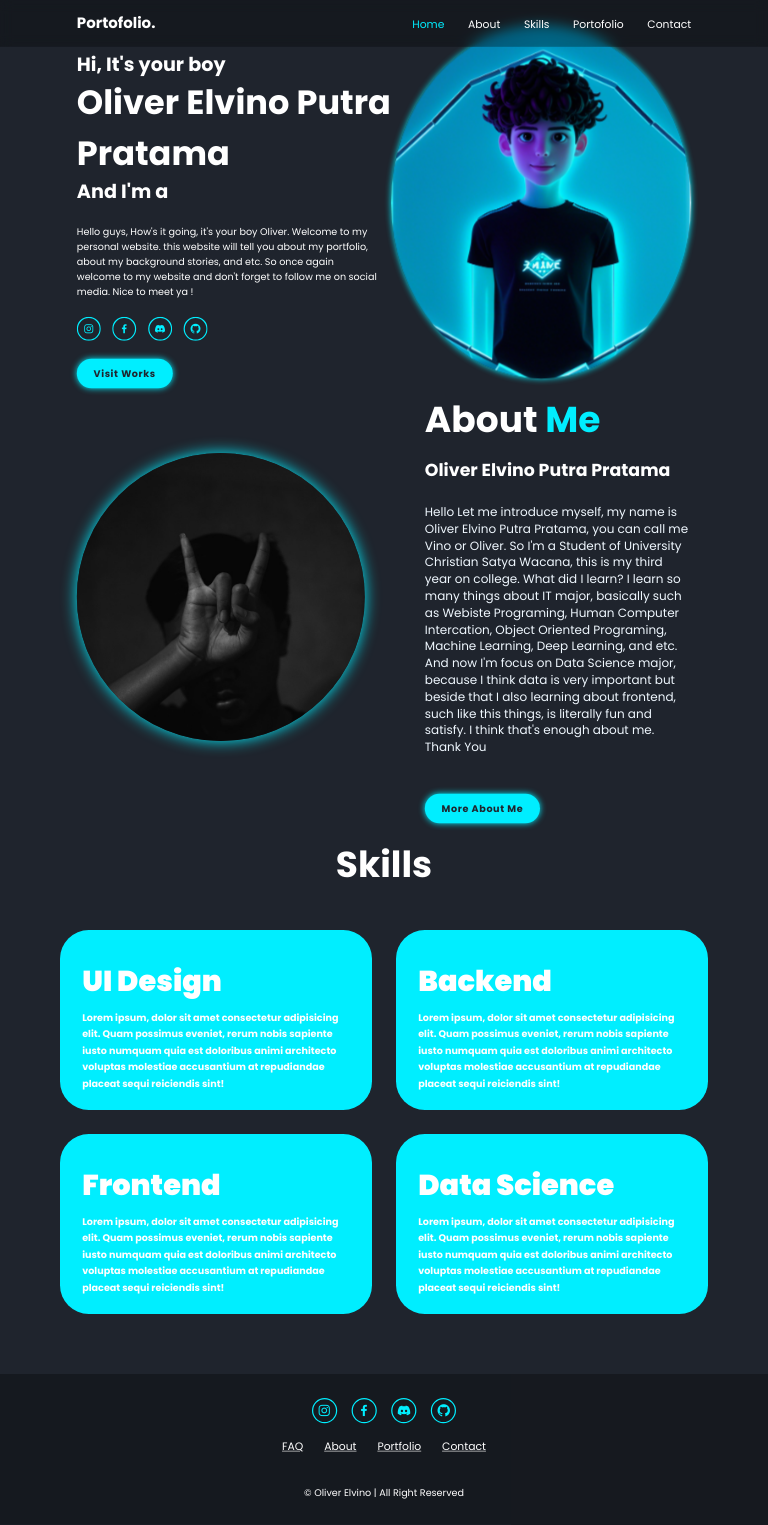
Repository: Olovrelvino/personalWebsite-HtmlCssJs-project
Page: main.html
These files come from the project's save history. The page is drawn as it stood at one moment and after a run of saves; the edit follows.
The browser window is 1280 px wide. The pictures show the whole page, at 60% of full size.
Some web libraries are served in a nearby version.

Above is the page before, as saved 2024-09-21 02:41:30.
Console error: SyntaxError: Unexpected token ')'

### main.html
<!DOCTYPE html>
<html lang="en">
<head>
    <meta charset="UTF-8">
    <meta name="viewport" content="width=device-width, initial-scale=1.0">
    <title>Aegon's Portofolio</title>
    <link href='https://unpkg.com/boxicons@2.1.4/css/boxicons.min.css' rel='stylesheet'>
    <link rel="stylesheet" href="style.css">
</head>

<body>

    <!-- NAVBAR SECTION -->
    <header class="header">
        <a href="#" class="logo">Portofolio.</a>

        <nav class="navbar">
            <a href="#" style="--i:1;" class="active">Home</a>
            <a href="#" style="--i:2;">About</a>
            <a href="#" style="--i:3;">Skills</a>
            <a href="#" style="--i:4;">Portofolio</a>
            <a href="#" style="--i:5;">Contact</a>
        </nav>
    </header>

    <!-- HOME SECTION -->
    <section class="home" id="home">
        <div class="home-content">
            <h3>Hi, It's your boy</h3>
            <h1>Oliver Elvino Putra Pratama</h1>
            <h3>And I'm a <span class="multiple-text"></span></h3>
            <p>Hello guys, How's it going, it's your boy Oliver. Welcome to my personal website.
                this website will tell you about my portfolio, about my background stories, and etc.
                So once again welcome to my website and don't forget to follow me on social media. Nice to meet ya !
            </p>
            <div class="soscial-media">
                <a href="#" style="--i:7;"><i class='bx bxl-instagram'></i></a>
                <a href="#" style="--i:8;"><i class='bx bxl-facebook' ></i></a>
                <a href="#" style="--i:9;"><i class='bx bxl-discord-alt' ></i></a>
                <a href="#" style="--i:10;"><i class='bx bxl-github'></i></a>
            </div>
            <a href="#" class="btn">Visit Works</a>
        </div>

        <div class="home-img">
            <img src="imagePW.png" alt="">
        </div>
    </section>

    <!-- ABOUT SECTION -->
     <section class="about" id="about">
        <div class="about-img">
            <img src="vino2.jpg">
        </div>
        <div class="about-text">
            <h2>About <span>Me</span></h2>
            <h4>Oliver Elvino Putra Pratama</h4>
            <P>Hello Let me introduce myself, my name is Oliver Elvino Putra Pratama, you can call me Vino or Oliver.
                So I'm a Student of University Christian Satya Wacana, this is my third year on college. What did I learn? I learn so many things about IT major,
                basically such as Webiste Programing, Human Computer Intercation, Object Oriented Programing,
                Machine Learning, Deep Learning, and etc. And now I'm focus on Data Science major, because I think data is very important but
                beside that I also learning about frontend, such like this things, is literally fun and satisfy. I think that's enough about me. Thank You
            </P>
            <a href="#" class="btn-content">More About Me</a>
        </div>
     </section>

     <section class="Skills" id="Skills">
        <div class="skills-text">
            <h2>Skills</h2>
        </div>

        <div class="Skills-container">
            <div class="Skills-box">
                <div class="Skills-info">
                    <h4>UI Design</h4>
                    <p>
                        Lorem ipsum, dolor sit amet consectetur adipisicing elit.
                        Quam possimus eveniet, rerum nobis sapiente iusto numquam quia est doloribus animi
                        architecto voluptas molestiae accusantium at repudiandae placeat sequi reiciendis sint!
                    </p>
                </div>
            </div>

            <div class="Skills-box">
                <div class="Skills-info">
                    <h4>Backend</h4>
                    <p>
                        Lorem ipsum, dolor sit amet consectetur adipisicing elit.
                        Quam possimus eveniet, rerum nobis sapiente iusto numquam quia est doloribus animi
                        architecto voluptas molestiae accusantium at repudiandae placeat sequi reiciendis sint!
                    </p>
                </div>
            </div>

            <div class="Skills-box">
                <div class="Skills-info">
                    <h4>Frontend</h4>
                    <p>
                        Lorem ipsum, dolor sit amet consectetur adipisicing elit.
                        Quam possimus eveniet, rerum nobis sapiente iusto numquam quia est doloribus animi
                        architecto voluptas molestiae accusantium at repudiandae placeat sequi reiciendis sint!
                    </p>
                </div>
            </div>

            <div class="Skills-box">
                <div class="Skills-info">
                    <h4>Data Science</h4>
                    <p>
                        Lorem ipsum, dolor sit amet consectetur adipisicing elit.
                        Quam possimus eveniet, rerum nobis sapiente iusto numquam quia est doloribus animi
                        architecto voluptas molestiae accusantium at repudiandae placeat sequi reiciendis sint!
                    </p>
                </div>
            </div>
        </div>
     </section>

     <footer class="footer">
        <div class="social">
            <a href="#" style="--i:7;"><i class='bx bxl-instagram'></i></a>
            <a href="#" style="--i:8;"><i class='bx bxl-facebook' ></i></a>
            <a href="#" style="--i:9;"><i class='bx bxl-discord-alt' ></i></a>
            <a href="#" style="--i:10;"><i class='bx bxl-github'></i></a>
        </div>

        <ul class="list">
            <li>
                <a href="#">FAQ</a>
            </li>

            <li>
                <a href="#">About</a>
            </li>

            <li>
                <a href="#">Portfolio</a>
            </li>

            <li>
                <a href="#">Contact</a>
            </li>
            <p class="copyright">
                © Oliver Elvino | All Right Reserved
            </p>
        </ul>
     </footer>

    <script src="https://unpkg.com/typed.js@2.1.0/dist/typed.umd.js"></script>
    <script src="script.js"></script>
</body>
</html>

### style.css
@import url('https://fonts.googleapis.com/css?family=Poppins:400,700,900');

* {
    margin: 0;
    padding: 0;
    border: none;
    outline: none;
    scroll-behavior: smooth;
    box-sizing: border-box;
    font-family: 'Poppins', sans-serif;
}

body {
    background: #1f242d;
    color: #fff;

}

.header {
    position: fixed;
    top: 0;
    left: 0;
    width: 100%;
    padding: 20px 10%;
    background: rgba(0, 0, 0, 0.3);
    backdrop-filter: blur(10px);
    display: flex;
    justify-content: space-between;
    align-items: center;
    z-index: 100;

}

.logo {
    font-size: 25px;
    color: #fff;
    text-decoration: none;
    font-weight: 600;
    cursor: default;
    opacity: 0;
    animation: slideRight 1s ease forwards;

}

.navbar a {
    display: inline-block;
    font-size: 18px;
    color: #fff;
    text-decoration: none;
    font-weight: 500;
    margin-left: 35px;
    transition: .3s;
    opacity: 0;
    animation: slideTop 1s ease forwards;
    animation-delay: calc(.2s * var(--i));

}

.navbar a:hover,
.navbar a.active {
    color: #0ef;

}

.home {
    position: relative;
    width: 100%;
    height: 100vh;
    display: flex;
    justify-content: space-between;
    align-items: center;
    padding: 10% 10% 0;
    padding-top: 10px;

}

.home-content {
    max-width: 850px;
}

.home-content h3 {
    font-size: 32px;
    font-weight: 700;
    opacity: 0;
    animation: slideBottom 1s ease forwards;
    animation-delay: .7s;
}

.home-content h3:nth-of-type(2) {
    margin-bottom: 30px;
    opacity: 0;
    animation: slideTop 1s ease forwards;
    animation-delay: .7s;
}

.home-content h3 span {
    color: #0ef;
}

.home-content h1 {
    font-size: 56px;
    font-weight: 700;
    margin: -3px 0;
    opacity: 0;
    animation: slideRight 1s ease forwards;
    animation-delay: .9s;
}

.home-content p {
    font-size: 16px;
    margin-right: 20px;
    opacity: 0;
    animation: slideLeft 1s ease forwards;
    animation-delay: .9s;
}

.home-img img{
    max-width: 500px;
    opacity: 0;
    animation: zoomIn 1s ease forwards, floatImage 4s ease-in-out infinite;
    animation-delay: 2s, 3s;
    border-radius: 50%;
    box-shadow: 0 0 10px #0ef;

}

.soscial-media a {
    display: inline-flex;
    justify-content: center;
    align-items: center;
    width: 40px;
    height: 40px;
    background: transparent;
    border: 2px solid #0ef;
    border-radius: 50%;
    font-size: 20px;
    color:#0ef;
    text-decoration: none;
    margin: 30px 15px 30px 0;
    transition: .5s ease;
    opacity: 0;
    animation: slideLeft 1s ease forwards;
    animation-delay: calc(.2s * var(--i));

}

.soscial-media a:hover {
    background: #0ef;
    color: #1f242d;
    box-shadow: 0 0 20px #0ef;
}

.btn {
    display: inline-block;
    padding: 12px 28px;
    background: #0ef;
    border-radius: 40px;
    box-shadow: 0 0 10px #0ef;
    font-size: 16px;
    color: #1f242d;
    letter-spacing: 1px;
    text-decoration: none;
    font-weight: 600;
    opacity: 0;
    animation: slideTop 1s ease forwards;
    animation-delay: .2s;
}


.about {
    position: relative;
    width: 100%;
    height: 80vh;
    display: flex;
    justify-content: space-between;
    gap: 100px;
    align-items: center;
    padding: 10% 10% 0;
    padding-top: 10px;
}

.about-img img {
    margin-bottom: 30px;
    max-width: 480px;
    border-radius: 50%;
    box-shadow: 0 0 25px #0ef;
    cursor: pointer;
    transition: 0.4s ease-in-out;

}

.about-img img:hover {
    box-shadow: 0 0 25px #0ef,
                0 0 50px #0ef,
                0 0 100px #0ef;

}

.about-text h2 {
    font-size: 60px;
}

.about-text h2 span {
    color:#0ef;
}

.about-text h4 {
    font-size: 29px;
    font-weight: 600;
    color:#fff;
    line-height: 1.7;
    margin: 15px 0 30px;

}

.about-text p {
    color: aliceblue;
    font-size: 20px;
    line-height: 1.4;
    margin-bottom: 4rem;

}

.btn-content {
    display: inline-block;
    padding: 12px 28px;
    background: #0ef;
    border-radius: 40px;
    box-shadow: 0 0 10px #0ef;
    font-size: 16px;
    color: #1f242d;
    letter-spacing: 1px;
    text-decoration: none;
    font-weight: 600;
}

.Skills {
    margin: 100px;
}

.skills-text h2 {
    margin-bottom: 4rem;
    font-size: 60px;
    text-align: center;
    color: #fff;
}

.Skills-container {
    display: grid;
    grid-template-columns: repeat(2, 1fr);
    align-items: center;
    gap: 2.5rem;
}

.Skills-box {
    background-color:#0ef;
    height: 300px;
    border-radius: 3rem;
    border: 5px solid transparent;
    cursor: pointer;
    transition: 0.4s ease-in-out;
}

.Skills-box:hover {
    background: #fff;
    color:#1f242d;
    border: 5px solid #0ef;
    transform: scale(1.03);
}

.Skills-box .Skills-info {
    display: flex;
    flex-direction: column;
    text-align: left;
    max-height: 200px;
    justify-content: left;
    align-items: baseline;
    padding: 2rem 2rem;
}

.Skills-info h4 {
    font-size: 3rem;
    font-weight: 800;
    line-height: 2;
}

.Skills-info p {
    font-size: 16px;
    font-weight: 600;
    max-height: 100px;
    line-height: 1.7;
    margin: auto;
}

.footer {
    position: relative;
    bottom: 0;
    width: 100%;
    padding: 40px 0;
    background-color: rgba(0, 0, 0, 0.3);

}

.footer .social {
    text-align: center;
    padding-bottom: 25px;
    color: #0ef;

}

.footer .social a {
    font-size: 25px;
    color: #0ef;
    border: 2px solid #0ef;
    width: 42px;
    height: 42px;
    line-height: 42px;
    display: inline-block;
    text-align: center;
    border-radius: 50%;
    margin: 0 10px;
    transition: 0.3s ease-in-out;

}

.footer .social a:hover {
    transform: scale(1.2)translateY(-10px);
    background-color: #0ef;
    color:#1f242d;
    box-shadow: 0 0 25px #0ef;
}

.footer ul {
    margin-top: 0;
    padding: 0;
    font-size: 18px;
    line-height: 1.6;
    margin-bottom: 0;
    text-align: center;
}

.footer ul li a {
    color:#fff;
    border-bottom: 3px solid transparent;
    transition: 0.3s ease-in-out;
}

.footer ul li a:hover {
    border-bottom: 3px solid #0ef;
}

.footer ul li {
    display: inline-block;
    padding: 0 15px;
}

.footer .copyright {
    margin-top: 50px;
    text-align: center;
    font-size: 16px;
    color:#fff;
}

/* KEYFRAMES ANIMATION */
@keyframes slideRight {
    0% {
        transform: translateX(-100px);
        opacity: 0;
    }

    100% {
        transform: translateX(0);
        opacity: 1;
    }
}

@keyframes slideLeft {
    0% {
        transform: translateX(100px);
        opacity: 0;
    }

    100% {
        transform: translateX(0);
        opacity: 1;
    }
}

@keyframes slideTop {
    0% {
        transform: translateY(100px);
        opacity: 0;
    }

    100% {
        transform: translateY(0);
        opacity: 1;
    }
}

@keyframes slideBottom {
    0% {
        transform: translateY(-100px);
        opacity: 0;
    }

    100% {
        transform: translateY(0);
        opacity: 1;
    }
}

@keyframes zoomIn {
    0% {
        transform: scale(0);
        opacity: 0;
    }

    100% {
        transform: scale(1);
        opacity: 1;
    }
}

@keyframes floatImage {
    0% {
        transform: translateY(0);

    }
    50% {
        transform: translateY(-24px);

    }
    100% {
        transform: translateY(0);

    }
}

### script.js
var typed = new Typed(".multiple-text", {
    strings: ["Student of UKSW", "Information Technology Major", "Code Anthusiast"],
    typeSpeed: 100,
    backSpeed: 100,
    backDelay: 1000,
    loop: true
})

let menuIcon = document.querySelector('#menu-icon');
let navbar = document.querySelector('.navbar');
let section = document.querySelectorAll('section');
let navLinks = document.querySelectorAll('header nav a');

window.onscroll = ()

menuIcon.onclick = () => {
    menuIcon.classList.toggle('bx-x');
    navbar.classList.toggle('active');
}

After the next 3 saves:
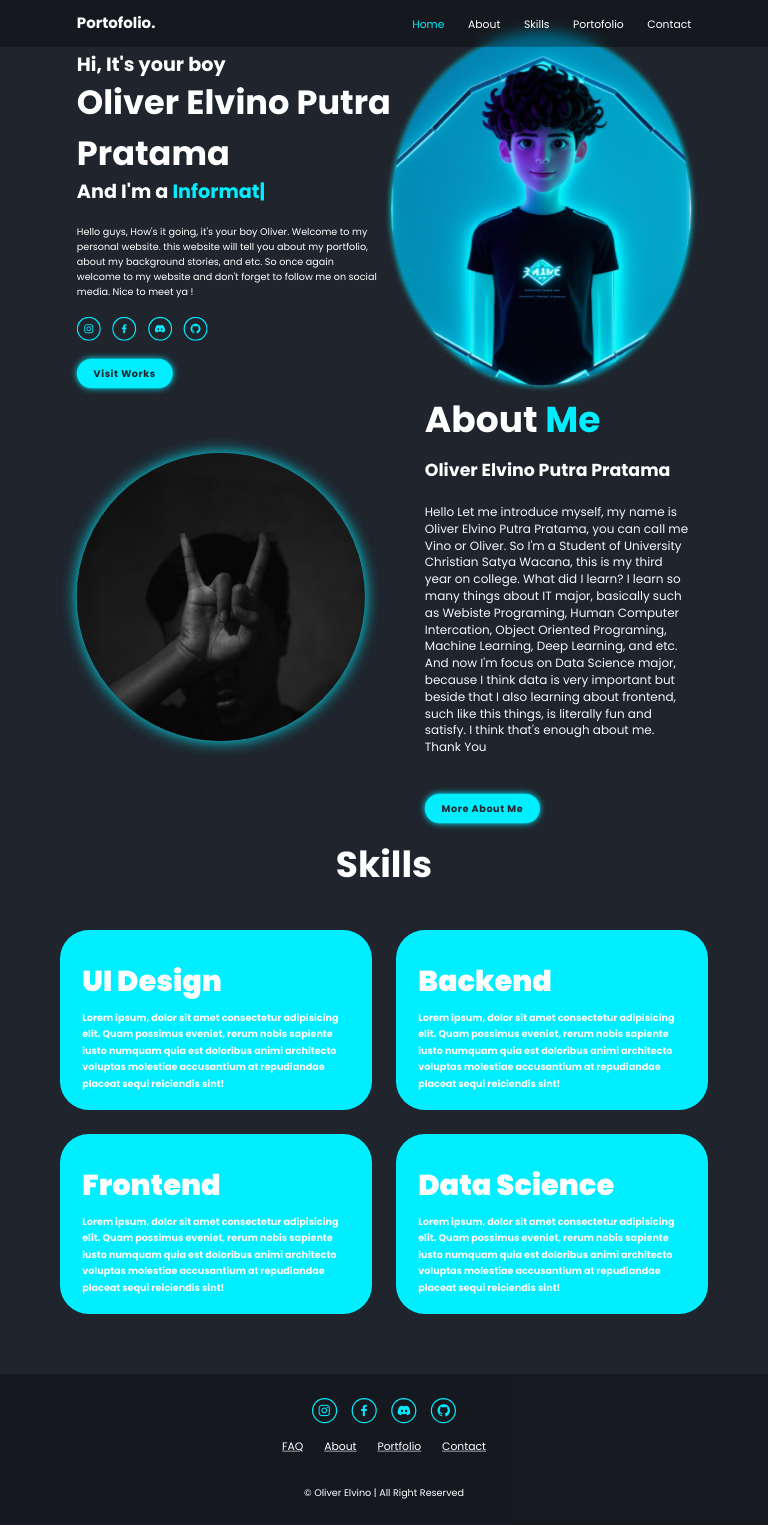
Console error: TypeError: Cannot set properties of null (setting 'onclick')
The 3 saves are shown as one change because they came seconds apart.
The last was saved 6 s later.
--- a/script.js
+++ b/script.js
@@ -11,7 +11,9 @@
 let section = document.querySelectorAll('section');
 let navLinks = document.querySelectorAll('header nav a');
 
-window.onscroll = ()
+window.onscroll = () => {
+
+}
 
 menuIcon.onclick = () => {
     menuIcon.classList.toggle('bx-x');

After the 5 saves that followed:
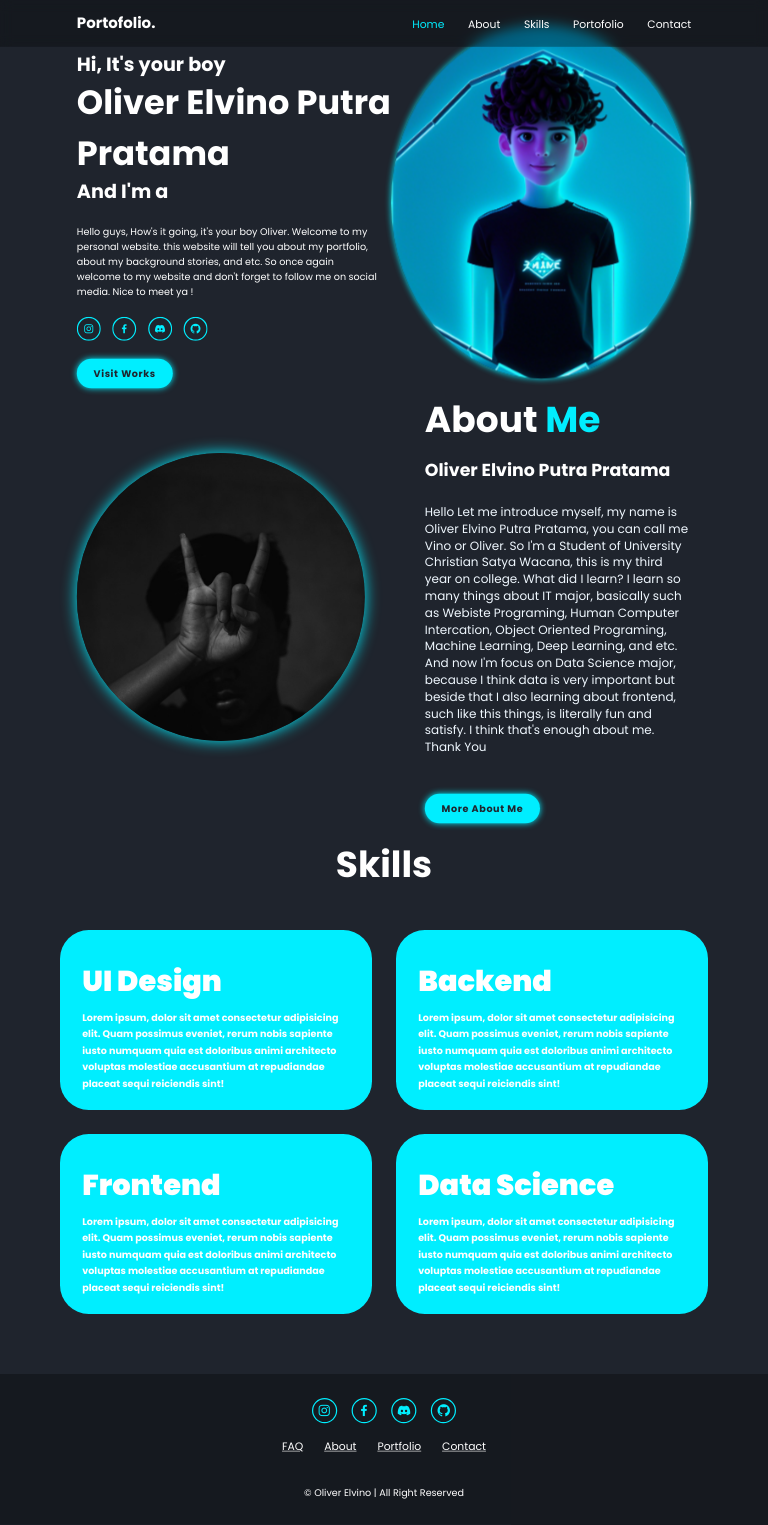
Console error: SyntaxError: Unexpected end of input
The 5 saves are shown as one change because 3 left the picture as it was and some came seconds apart.
The last was saved 28 s later.
--- a/script.js
+++ b/script.js
@@ -12,8 +12,7 @@
 let navLinks = document.querySelectorAll('header nav a');
 
 window.onscroll = () => {
-
-}
+    sections.
 
 menuIcon.onclick = () => {
     menuIcon.classList.toggle('bx-x');
